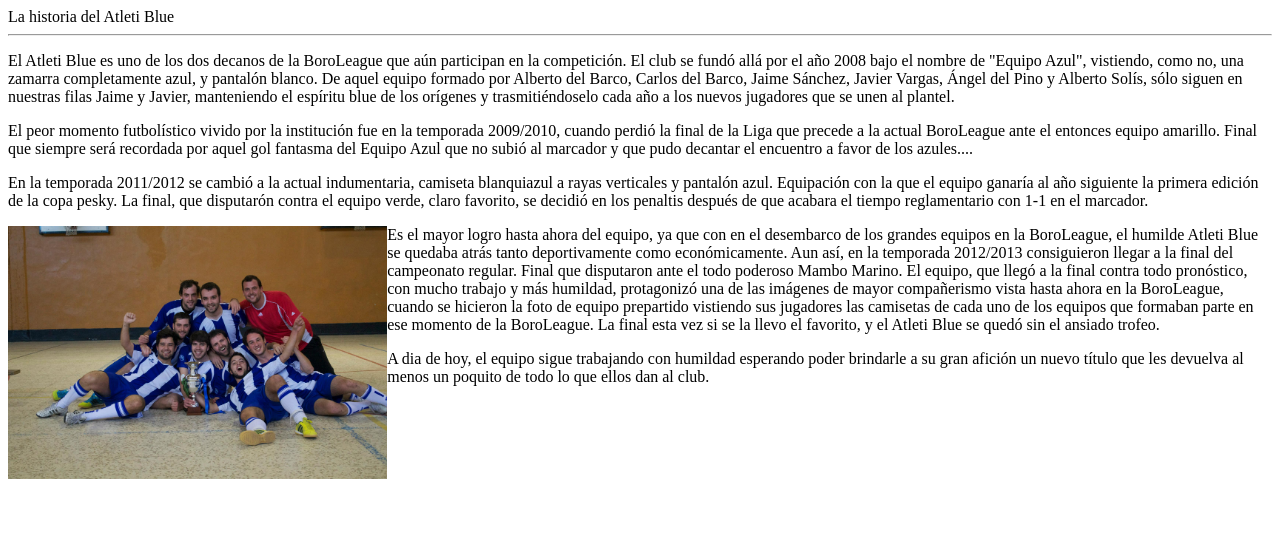
Repository: DiegoGodoy/atletiblue
Page: app/views/historia.html
The author's editor kept a record of every edit. The page is drawn from the files as they stood at one moment, then again after the next edit.
The browser window is 1280 px wide. The pictures show the whole page.

Above is the page before.

### app/views/historia.html
<div class="container" >
        <div class="row">

            <div class="col-md-12">
                <div class="panel">
                    <div class="panel-body">
                        <span class="titulosPortada">La historia del Atleti Blue</span>
                        <hr class="separadorTitulos">
                        <div class="historia">
                            <p>El Atleti Blue es uno de los dos decanos de la BoroLeague que aún participan en la competición. El club se fundó allá por el año 2008
                            bajo el nombre de "Equipo Azul", vistiendo, como no, una zamarra completamente azul, y pantalón blanco. De aquel equipo formado por Alberto del Barco,
                            Carlos del Barco, Jaime Sánchez, Javier Vargas, Ángel del Pino y Alberto Solís, sólo siguen en nuestras filas Jaime y Javier, manteniendo el espíritu
                            blue de los orígenes y trasmitiéndoselo cada año a los nuevos jugadores que se unen al plantel.</p>
                            <p>El peor momento futbolístico vivido por la institución fue en la temporada 2009/2010, cuando perdió la final de la Liga que precede a la actual BoroLeague
                            ante el entonces equipo amarillo. Final que siempre será recordada por aquel gol fantasma del Equipo Azul que no subió al marcador y que pudo decantar el encuentro
                            a favor de los azules....</p>

                            <p>En la temporada 2011/2012 se cambió a la actual indumentaria, camiseta blanquiazul a rayas verticales y pantalón azul. Equipación con la que el equipo ganaría
                            al año siguiente la primera edición de la copa pesky. La final, que disputarón contra el equipo verde, claro favorito, se decidió en los penaltis después de que
                            acabara el tiempo reglamentario con 1-1 en el marcador.</p>
                            <div ><img src="images/historia/pesky.jpg" style="float: left; border: 0; width: 30%; height: auto;" alt="Foto final 2012/2013"></div>
                            <p>Es el mayor logro hasta ahora del equipo, ya que con en el desembarco de los grandes equipos en la BoroLeague, el humilde Atleti Blue se quedaba atrás tanto
                            deportivamente como económicamente. Aun así, en la temporada 2012/2013 consiguieron llegar a la final del campeonato regular. Final que disputaron ante el todo
                            poderoso Mambo Marino. El equipo, que llegó a la final contra todo pronóstico, con mucho trabajo y más humildad, protagonizó una de las imágenes de mayor compañerismo
                            vista hasta ahora en la BoroLeague, cuando se hicieron la foto de equipo prepartido vistiendo sus jugadores las camisetas de cada uno de los equipos que formaban
                            parte en ese momento de la BoroLeague. La final esta vez si se la llevo el favorito, y el Atleti Blue se quedó sin el ansiado trofeo.</p>
                            <p>A dia de hoy, el equipo sigue trabajando con humildad esperando poder brindarle a su gran afición un nuevo título que les devuelva al menos un poquito de todo
                            lo que ellos dan al club.</p>
                        </div>
                    </div>
                </div>
            </div>
            <!--/col-12-->
        </div>
    </div>

After the next edit:
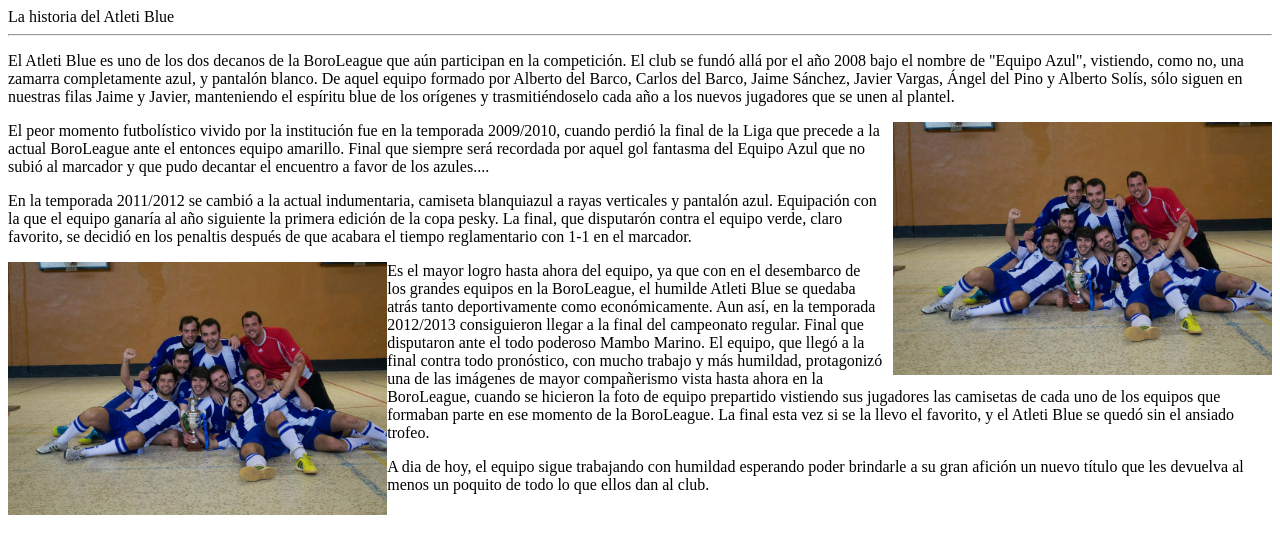
The edit:
--- a/app/views/historia.html
+++ b/app/views/historia.html
@@ -11,6 +11,7 @@
                             bajo el nombre de "Equipo Azul", vistiendo, como no, una zamarra completamente azul, y pantalón blanco. De aquel equipo formado por Alberto del Barco,
                             Carlos del Barco, Jaime Sánchez, Javier Vargas, Ángel del Pino y Alberto Solís, sólo siguen en nuestras filas Jaime y Javier, manteniendo el espíritu
                             blue de los orígenes y trasmitiéndoselo cada año a los nuevos jugadores que se unen al plantel.</p>
+                             <div ><img src="images/historia/pesky.jpg" style="float: right; border: 0; width: 30%; height: auto; padding-left: 10px" alt="Foto final 2012/2013"></div>
                             <p>El peor momento futbolístico vivido por la institución fue en la temporada 2009/2010, cuando perdió la final de la Liga que precede a la actual BoroLeague
                             ante el entonces equipo amarillo. Final que siempre será recordada por aquel gol fantasma del Equipo Azul que no subió al marcador y que pudo decantar el encuentro
                             a favor de los azules....</p>
